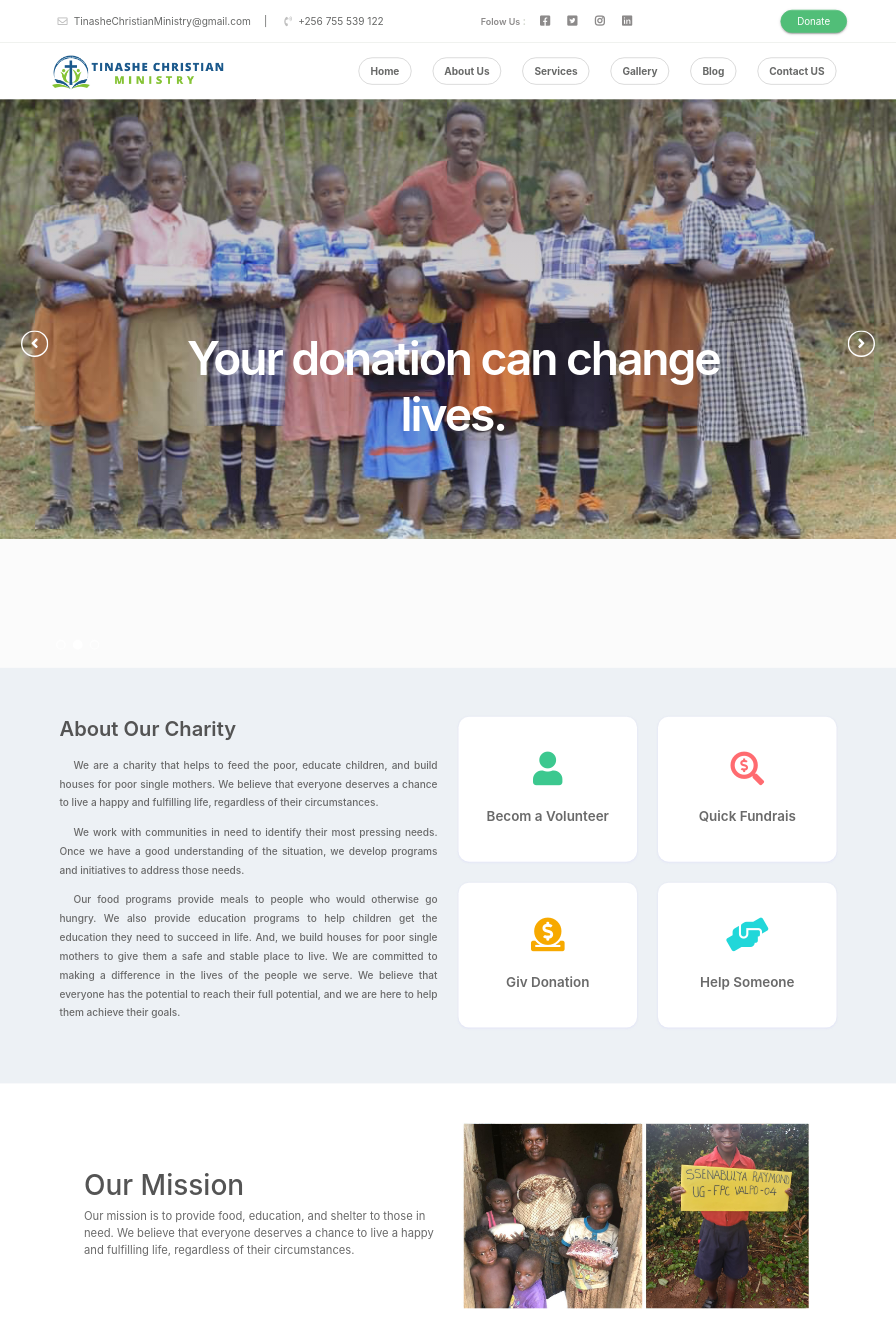
Repository: kluivert-ssali/Zziwa
Page: index.html
These files come from the project's save history. The page is drawn as it stood at one moment and after the next save; the edit follows.
The browser window is 1280 px wide. The pictures show the part of the page from y = 0 to 1920 px (the page is 5291 px tall), at 70% of full size.
A picture or video elsewhere on the page could not be fetched, so the positions and the page height are approximate. Backgrounds fixed to the window are drawn as part of the page.

Above is the page before, as saved 2023-09-29 23:17:24.

After the next save:
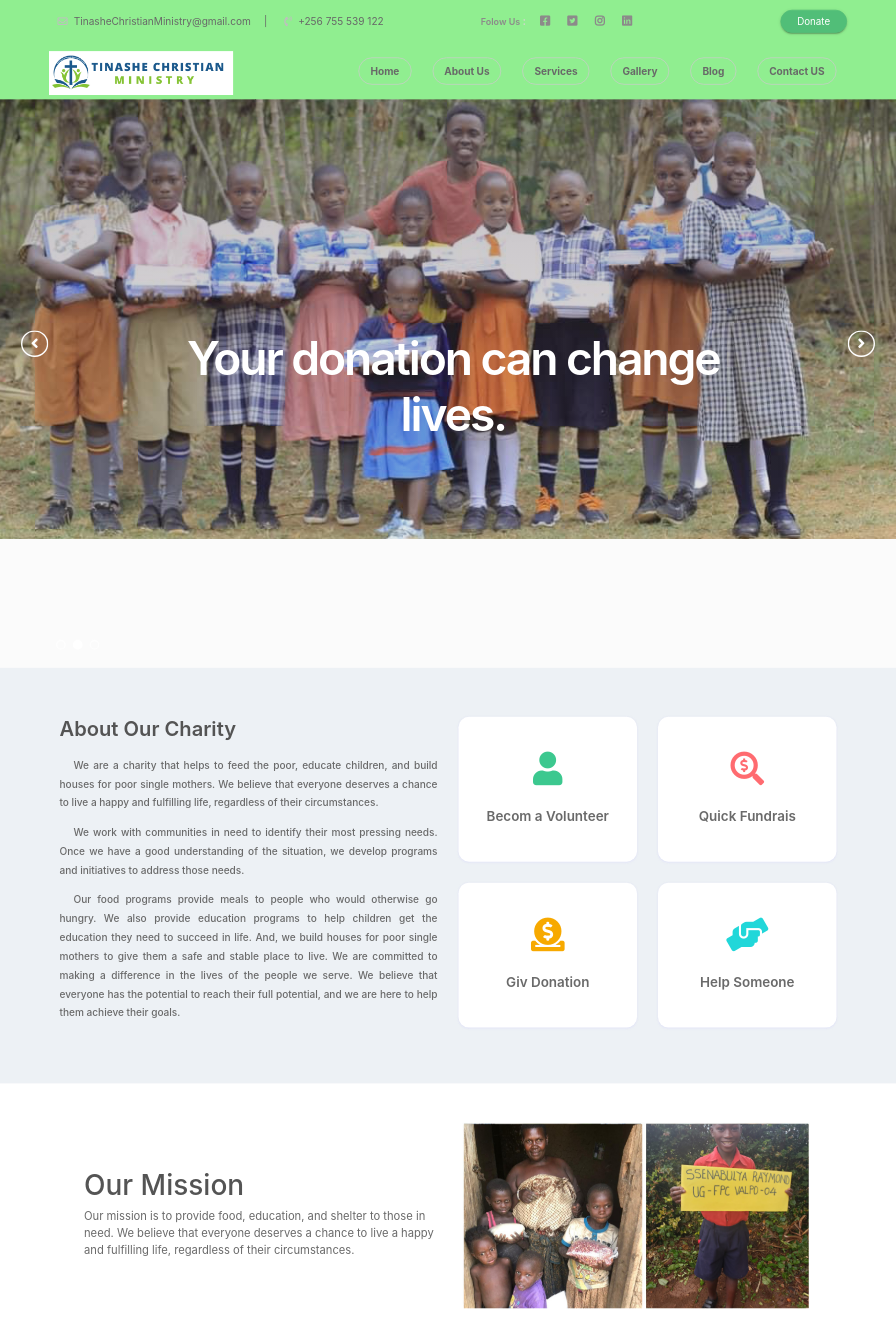
Saved 18 min 2 s later.
--- a/index.html
+++ b/index.html
@@ -36,8 +36,29 @@
     />
     <link rel="stylesheet" type="text/css" href="assets/css/style.css" />
   </head>
+  <style>
+    .loader {
+      position: fixed;
+      left: 0;
+      width: 100vw;
+      height: 100vh;
+      display: flex;
+      align-items: center;
+      justify-content: center;
+      background-color: lightgreen;
+    }
+
+    .loader::after {
+      content: "";
+      width: 75px;
+      height: 75px;
+      border: 15px solid #dddddd;
+      border-top-color: #009578;
+    }
+  </style>
 
   <body>
+    <div class="loader"></div>
     <header class="continer-fluid">
       <div class="header-top">
         <div class="container">

After the 3 saves that followed:
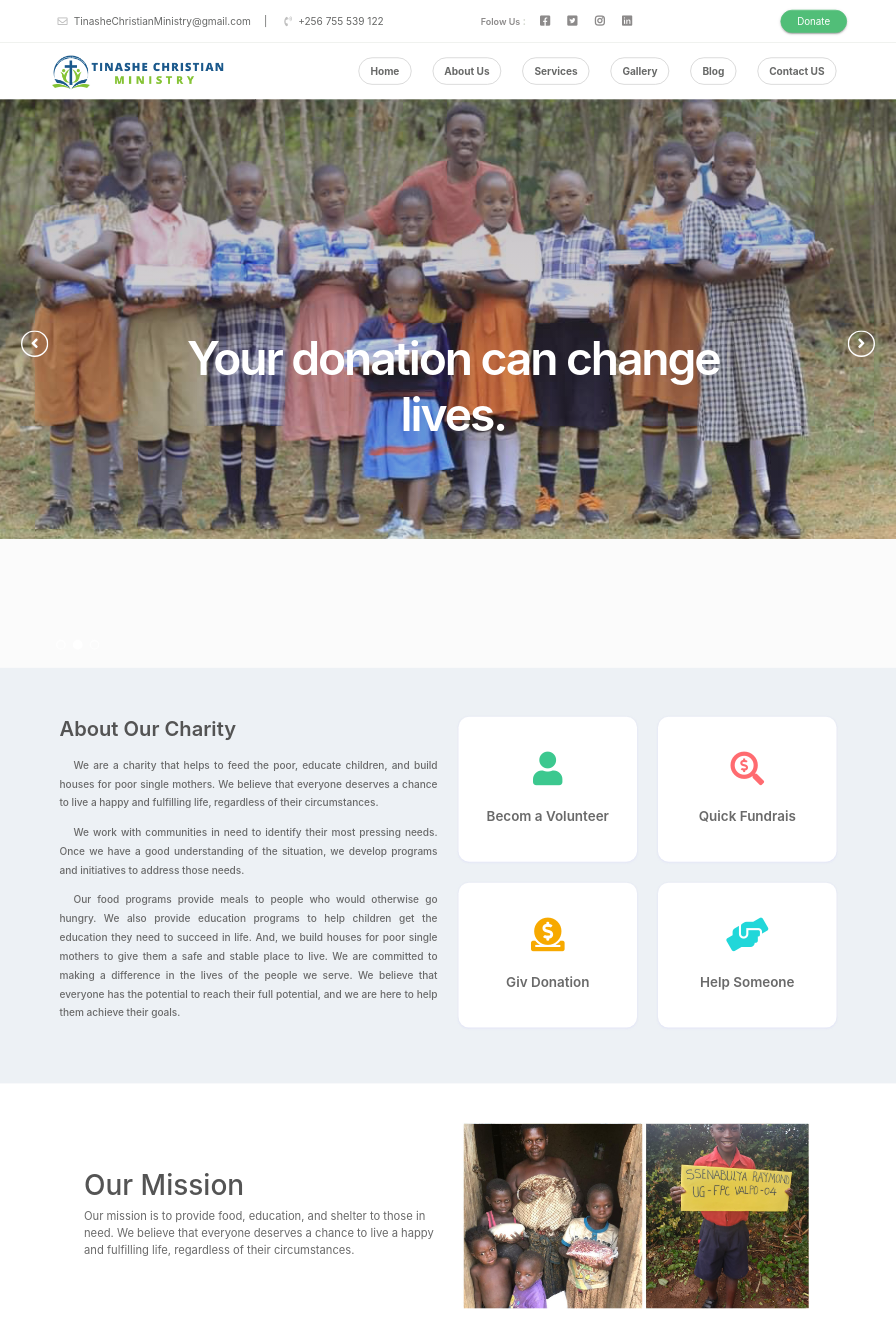
The 3 saves are shown as one change because 2 left the picture as it was.
The last was saved 7 min 50 s later.
--- a/index.html
+++ b/index.html
@@ -48,17 +48,33 @@
       background-color: lightgreen;
     }
 
+    .loader--hidden {
+      opacity: 0;
+      visibility: hidden;
+    }
+
     .loader::after {
       content: "";
       width: 75px;
       height: 75px;
       border: 15px solid #dddddd;
       border-top-color: #009578;
+      border-radius: 50%;
+      animation: loading 0.75s ease infinite;
+    }
+
+    @keyframes loading {
+      from {
+        transform: rotate(0turn);
+      }
+      to {
+        transform: rotate(1turn);
+      }
     }
   </style>
 
   <body>
-    <div class="loader"></div>
+    <div class="loader loader--hidden"></div>
     <header class="continer-fluid">
       <div class="header-top">
         <div class="container">
